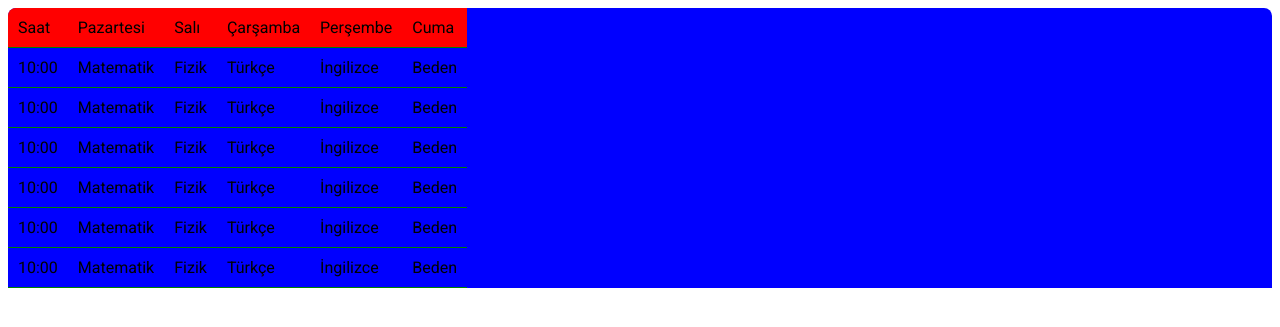
Repository: ahmetbugraozcan/css-ders-programi
Page: deneme2.html
An editor plug-in stored every save of this project. The page is shown before and after the next save, followed by the edit.
The browser window is 1280 px wide. The pictures show the whole page.

Above is the page before, as saved 2021-07-10 14:57:59.

After the next save:
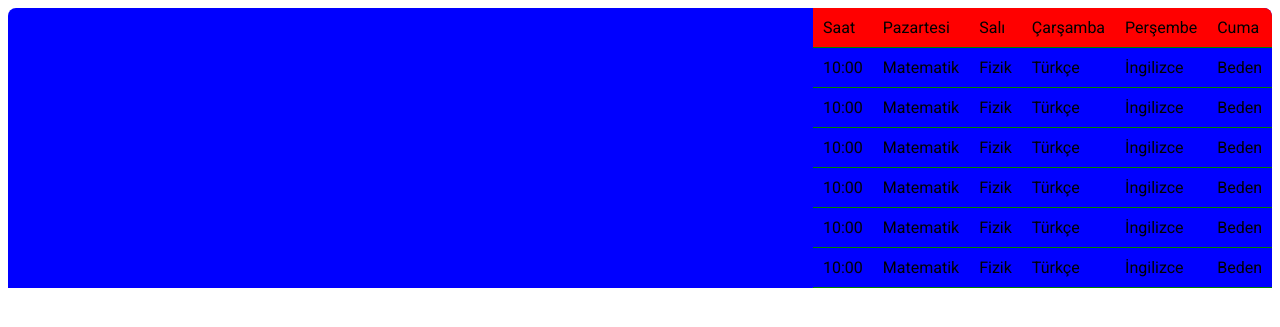
Saved 7 s later.
--- a/deneme2.html
+++ b/deneme2.html
@@ -19,7 +19,7 @@
         }
 
         .row {
-            justify-content: baseline;
+            justify-content: flex-end;
             width: 100%;
             border-radius: 8px 8px 0 0;
             overflow: hidden;

After the save that followed:
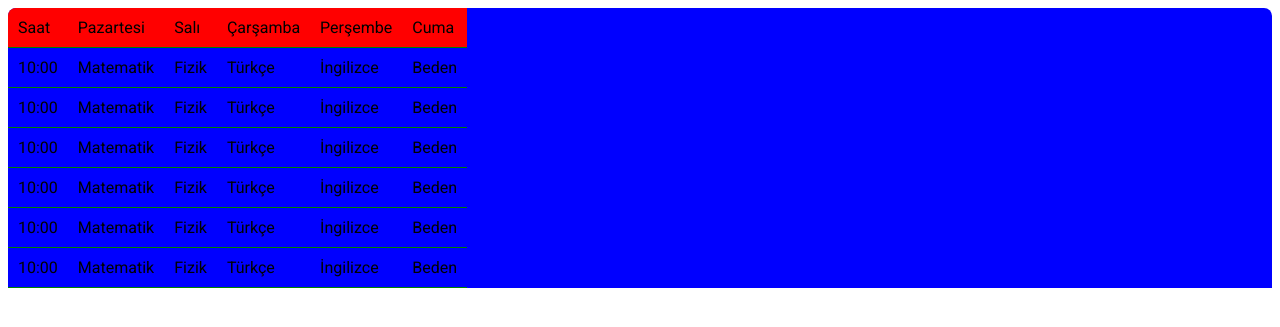
Saved 7 s later.
--- a/deneme2.html
+++ b/deneme2.html
@@ -19,7 +19,7 @@
         }
 
         .row {
-            justify-content: flex-end;
+            justify-content: flex-start;
             width: 100%;
             border-radius: 8px 8px 0 0;
             overflow: hidden;
